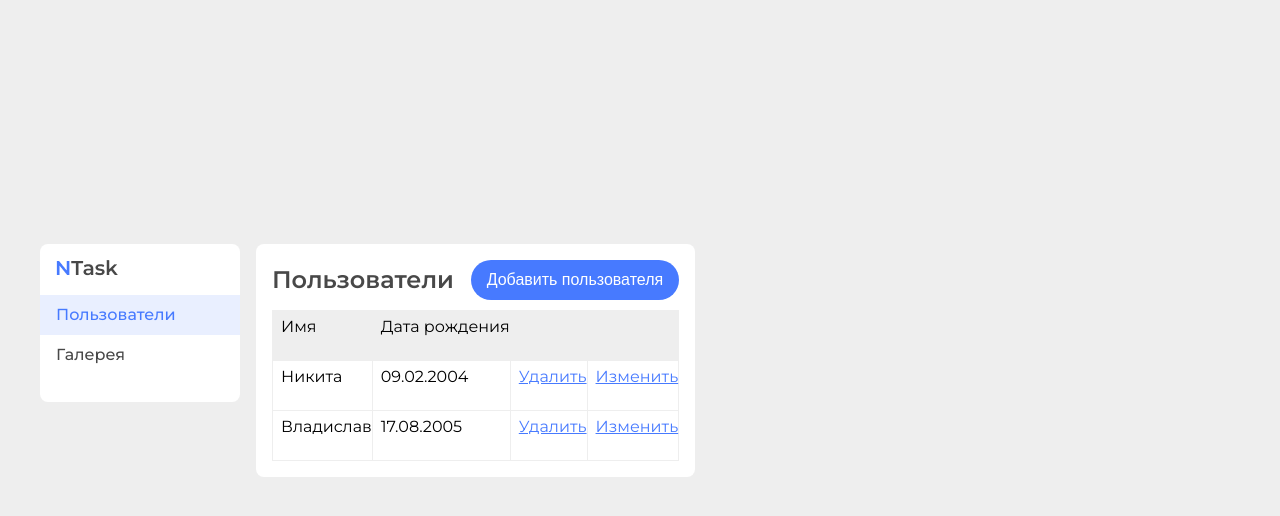
Repository: Grid-Master/NTask
Page: /
These files come from the project's save history. The page is drawn as it stood at one moment and after the next save; the edit follows.
The browser window is 1280 px wide. The pictures show the whole page.
The project was rebuilt for these pictures with package versions that can differ from the ones it lists, and the page was loaded fresh each time. Also part of the build but not shown: src/components/gallery/gallery.sass, src/components/gallery/Gallery.tsx, src/components/updateUser/updateUser.sass, src/components/updateUser/UpdateUser.tsx.

Above is the page before, as saved 2023-06-09 19:51:46.

After the next save:
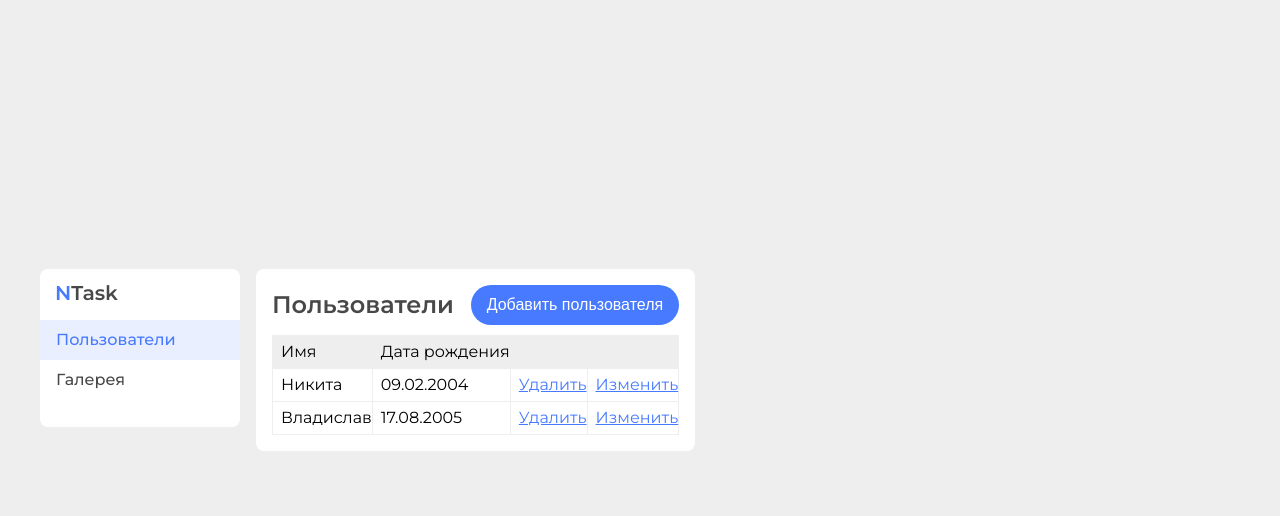
Saved 9 s later.
--- a/src/components/userList/userList.sass
+++ b/src/components/userList/userList.sass
@@ -44,7 +44,7 @@
             &:hover
                 opacity: .8
         tr td:nth-child(2)
-            height: 33px
+            height: 10px
         // tr:first-child td:first-child
         //     border-radius: 8px 0 0 0
         // tr:first-child td:last-child
